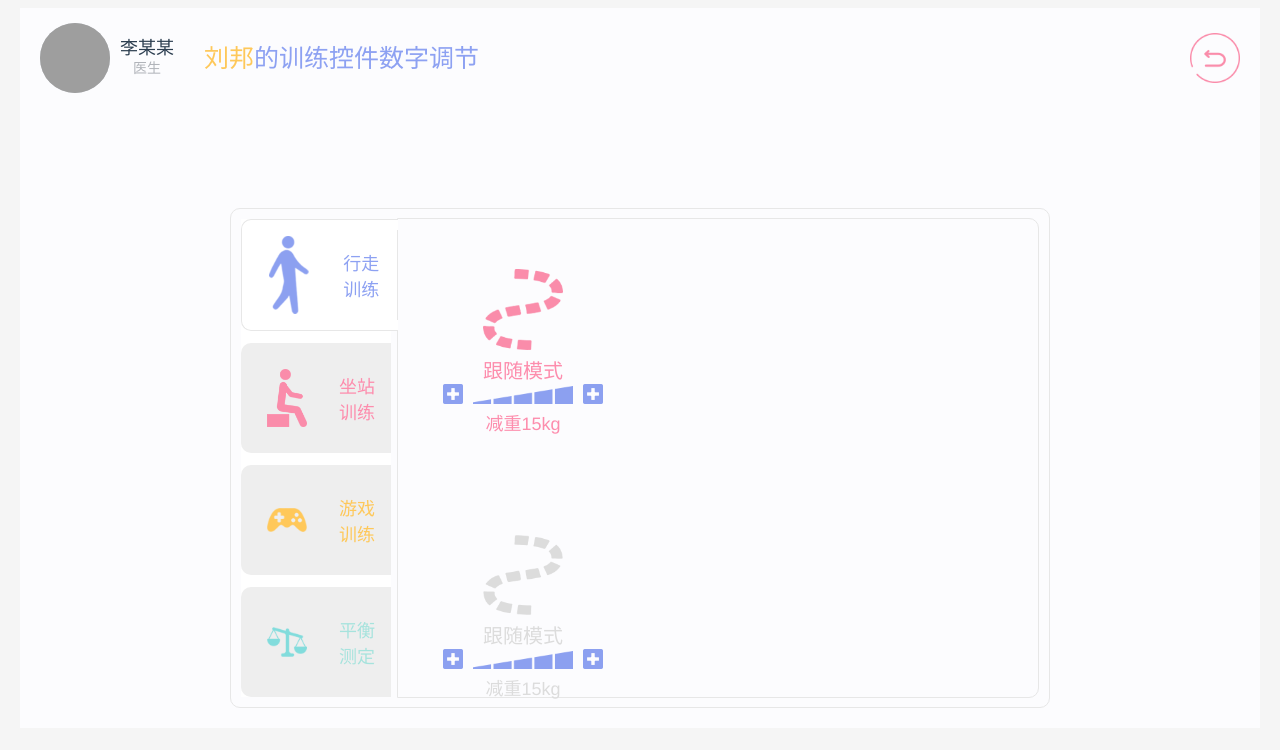
Repository: wangdanqing90/electron-vue-doctor
Page: /#/trainingAdjust
These files come from the project's save history. The page is drawn as it stood at one moment and after a run of saves; the edit follows.
The browser window is 1280 px wide. The pictures show the whole page.
Pictures or frames that could not be fetched are drawn as grey boxes. The project was rebuilt for these pictures with package versions that can differ from the ones it lists, and the page was loaded fresh each time. Also part of the build but not shown: vue.config.js, src/views/Home.vue, src/assets/styles/variable.scss, src/assets/styles/iconfont.css.

Above is the page before, as saved 2020-01-15 11:10:40.

After the next 2 saves:
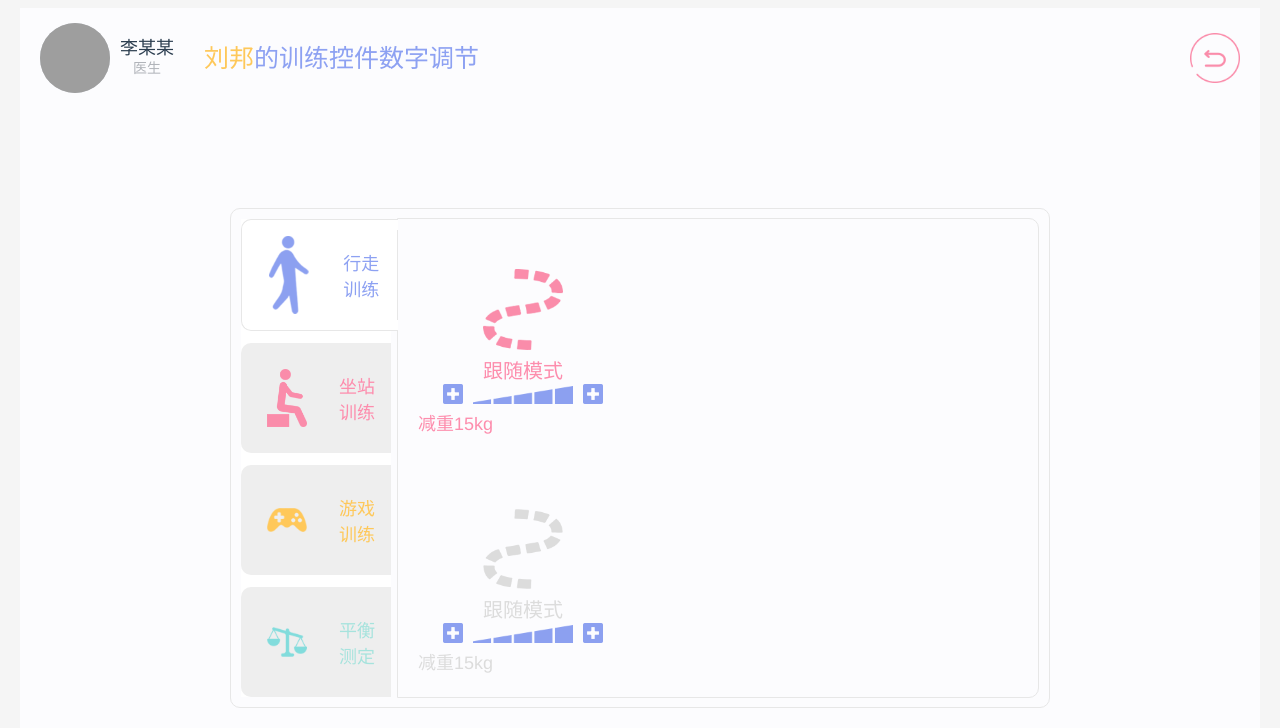
The 2 saves are shown as one change because 1 did not build or start.
The last was saved 34 s later.
--- a/src/components/Adjust/Adjust.vue
+++ b/src/components/Adjust/Adjust.vue
@@ -37,6 +37,7 @@ export default {
 
 <style scoped lang="scss">
 .adjust {
+  positioin: relative;
   .adjustLeft,
   .adjustRight {
     width: 20px;
@@ -45,5 +46,8 @@ export default {
     width: 100px;
     margin: 0 10px;
   }
+  .inform {
+    position: absolute;
+  }
 }
 </style>
